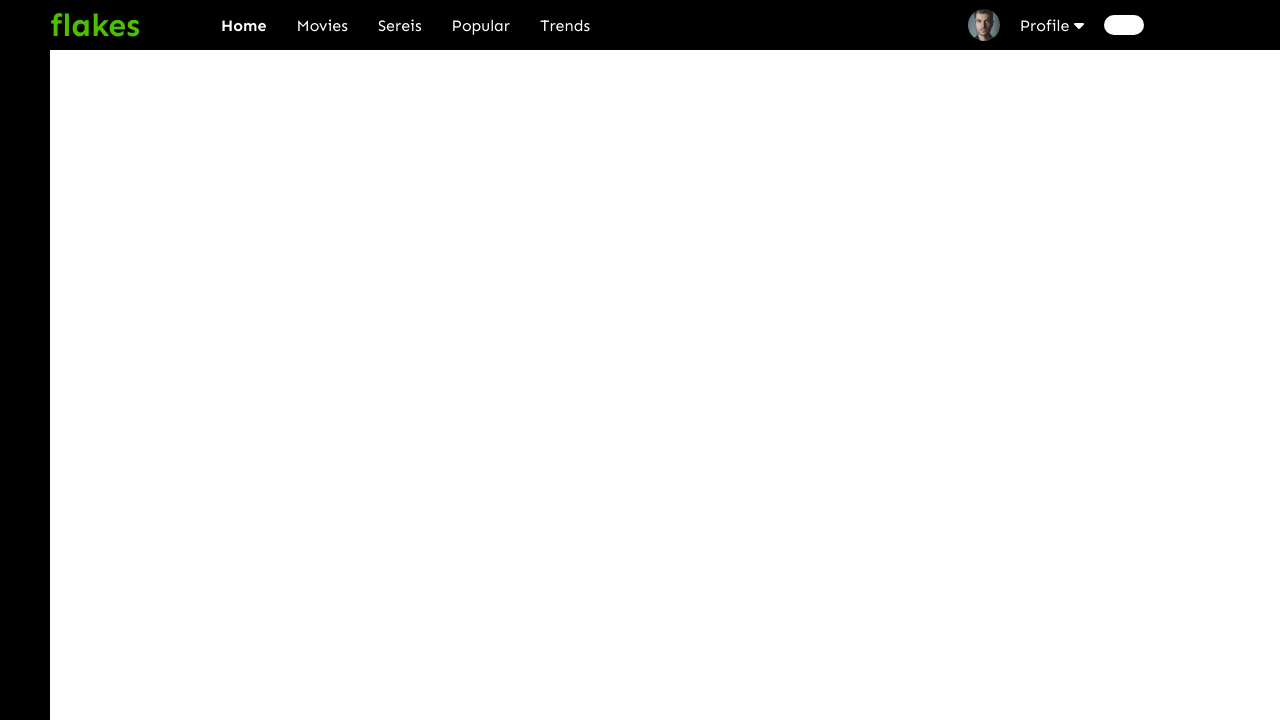
Repository: JulyK9/Movie-Website
Page: index.html
An editor plug-in stored every save of this project. The page is shown before and after the next save, followed by the edit.
The browser window is 1280 px wide. The pictures show the whole page.
Some web libraries are served in a nearby version.

Above is the page before, as saved 2022-07-03 18:05:45.

### index.html
<!DOCTYPE html>
<html lang="en">
<head>
    <meta charset="UTF-8">
    <meta http-equiv="X-UA-Compatible" content="IE=edge">
    <meta name="viewport" content="width=device-width, initial-scale=1.0">
    <title>Movie design</title>
    <link rel="stylesheet" href="style.css">

    <link rel="preconnect" href="https://fonts.googleapis.com">
    <link rel="preconnect" href="https://fonts.gstatic.com" crossorigin>
    <link href="https://fonts.googleapis.com/css2?family=Roboto:wght@100;300;400;500;700;900&family=Sen:wght@400;700;800&display=swap" rel="stylesheet">
    <link rel="stylesheet" href="https://cdnjs.cloudflare.com/ajax/libs/font-awesome/6.1.1/css/all.min.css">
</head>

<body>
    <nav class="navbar">
        <div class="navbar-container">
            <div class="logo-container"><h1 class="logo">flakes</h1></div>
            <div class="menu-container">
                <ul class="menu-list">
                    <li class="menu-list-item active">Home</li>
                    <li class="menu-list-item">Movies</li>
                    <li class="menu-list-item">Sereis</li>
                    <li class="menu-list-item">Popular</li>
                    <li class="menu-list-item">Trends</li>
                </ul>
            </div>
            <div class="profile-container">
                <img class="profile-picture" src="./img/profile.jpg" alt="profile">
                <div class="profile-text-container">
                    <span class="profile-text">Profile</span>
                    <i class="fa-solid fa-caret-down"></i>
                </div>
                <div class="toggle"></div>
            </div>
        </div>
    </nav>
    <div class="sidebar"></div>

</body>

</html>

### style.css
* {
    box-sizing: border-box;
    margin: 0;
    text-decoration: none;
    list-style: none;
}

body {
    font-family: 'Roboto', sans-serif;
    /* overflow: hidden; */
}

.navbar {
    width: 100%;
    height: 50px;
    background-color: black;
}

.navbar-container {
    height: 100%;
    display: flex;
    align-items: center;
    padding: 0 50px;
    color: white;
    font-family: 'Sen', sans-serif;
}

.logo-container {
    flex: 1;
}

.logo {
    font-size: 2rem;
    color: #4dbf00;
}

.menu-container {
    flex: 6;
}

.menu-list {
    display: flex;
    align-items: center;
}

.menu-list-item {
    margin-right: 30px;   /* item 간 간격 조정 */
}

.menu-list-item.active {  /* class 를 2개 부여해서 선택해 줌 */
    font-weight: bold;
}

.profile-container {
    flex: 2;
    display: flex;
    align-items: center;
}

.profile-picture {
    width: 32px;
    height: 32px;
    border-radius: 50%;
    object-fit: cover;   /* 가로세로 비율은 유지하면서 컨텐이너에 꽉 차게 설정 */
}

.toggle {
    width: 40px;
    height: 20px;
    background-color: white;
    border-radius: 30px;
}

.profile-text-container {
    margin: 0 20px;
}

.sidebar {
    width: 50px;
    height: 100%;
    background-color: black;
    position: fixed;   /* 스크롤바 생기는 부분 제거 및 사이드바 고정 */
    top: 0;     /* 사이드바 상단 고정 */
}

After the next save:
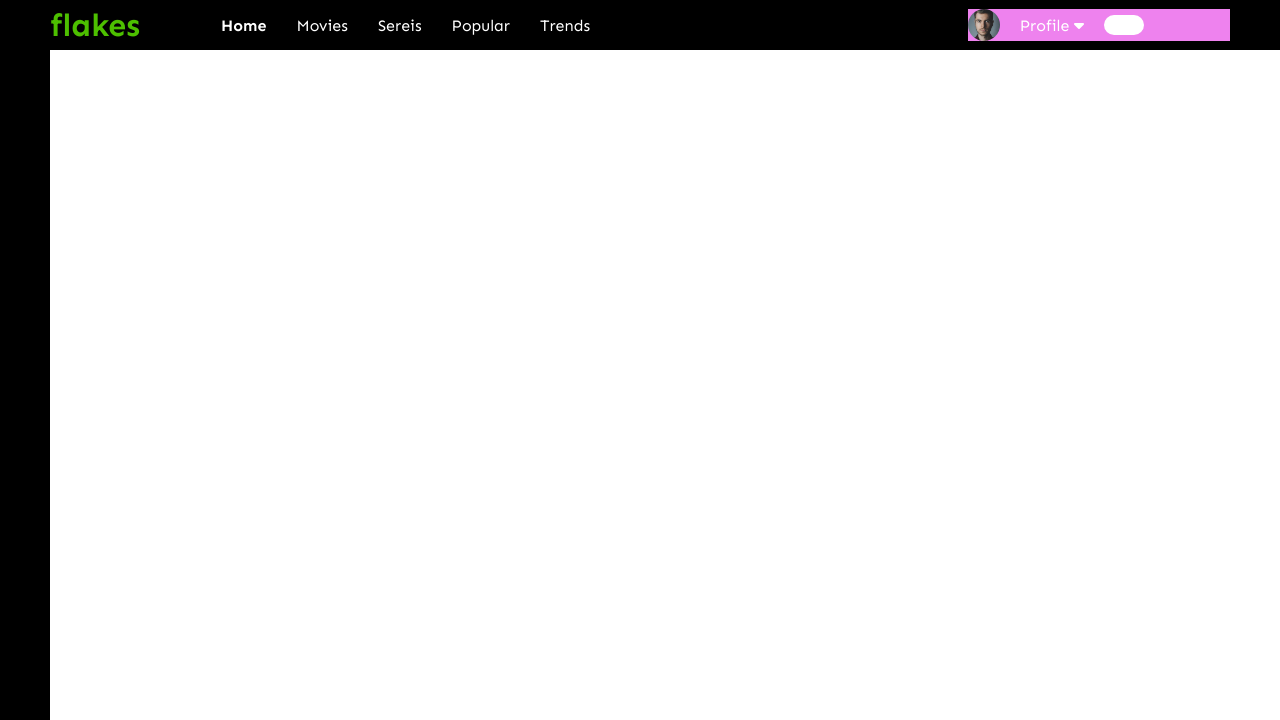
Saved 61 s later.
--- a/style.css
+++ b/style.css
@@ -55,6 +55,8 @@ body {
     flex: 2;
     display: flex;
     align-items: center;
+    background-color: violet;
+    justify-content: ;
 }
 
 .profile-picture {
